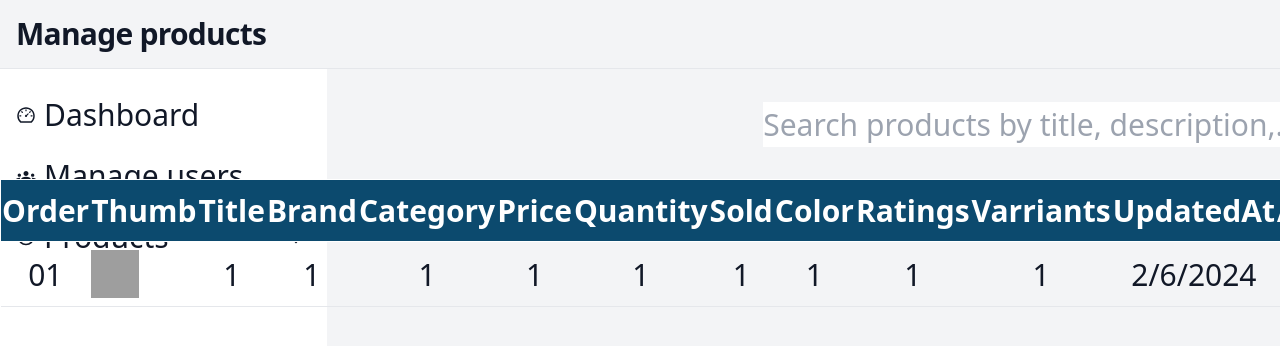
Repository: QuanggDat/Ecommerce_Rookie_NashTech
Page: /admin/manage-products (app in Ecommerce_Rookie_NashTech_AdminFrontend/admin_fe/)
An editor plug-in stored every save of this project. The page is shown before and after the next save, followed by the edit.
The browser window is 1280 px wide. The pictures show the whole page.
Pictures or frames that could not be fetched are drawn as grey boxes. The project was rebuilt for these pictures with package versions that can differ from the ones it lists, and the page was loaded fresh each time. Also part of the build but not shown: Ecommerce_Rookie_NashTech_AdminFrontend/admin_fe/src/pages/admin/Dashboard.js, Ecommerce_Rookie_NashTech_AdminFrontend/admin_fe/src/pages/admin/LoginScreen.js, Ecommerce_Rookie_NashTech_AdminFrontend/admin_fe/src/App.css.

Above is the page before, as saved 2024-06-02 17:30:40.

### Ecommerce_Rookie_NashTech_AdminFrontend/admin_fe/src/index.js
import React from 'react';
import { createRoot } from 'react-dom/client';
import { Provider } from 'react-redux';
import { store } from './app/store';
import App from './App';
import './index.css';
import { BrowserRouter } from 'react-router-dom'

const container = document.getElementById('root');
const root = createRoot(container);

root.render(
  <Provider store={store}>
    <BrowserRouter>
      <App />
    </BrowserRouter>
  </Provider>
);

### Ecommerce_Rookie_NashTech_AdminFrontend/admin_fe/src/App.js
import React from 'react';
import { Route, Routes, Navigate } from "react-router-dom"
import path from "./utils/path"
import {
  AdminLayout,
  Dashboard,
  LoginScreen,
  ManageProduct
} from "./pages/admin"
import './App.css';

function App() {
  return (
    <div className="text-[30px]">
      <Routes>
        <Route path="/" element={<Navigate to={path.LOGIN} />} />
        <Route path={path.LOGIN} element={<LoginScreen />} />
        <Route path={path.ADMIN} element={<AdminLayout />}>
          <Route path={path.DASHBOARD} element={<Dashboard />} />
          <Route path={path.MANAGE_PRODUCTS} element={<ManageProduct />} />
        </Route>
      </Routes>
    </div>
  );
}

export default App;

### Ecommerce_Rookie_NashTech_AdminFrontend/admin_fe/src/index.css
@import url("https://fonts.googleapis.com/css2?family=Poppins:ital,wght@0,100;0,200;0,300;0,400;0,500;0,600;0,700;0,800;1,100;1,200;1,300;1,400;1,500;1,600;1,700;1,800&display=swap");
@import url("https://fonts.googleapis.com/css2?family=Noto+Sans+JP:wght@100;200;300;400;500;600;700;800;900&display=swap");
@tailwind base;
@tailwind components;
@tailwind utilities;

html {
    height: 100%;
    overflow: auto;
  }
  body {
    height: 100%;
  }
  html,
  body {
    overflow-x: hidden;
  }

### Ecommerce_Rookie_NashTech_AdminFrontend/admin_fe/src/utils/path.js
const path = {
    // Admin
    LOGIN: "login",
    ADMIN: "admin",
    DASHBOARD: "dashboard",
    MANAGE_USER: "manage-user",
    MANAGE_PRODUCTS: "manage-products",
    MANAGE_CATEGORIES: "manage-categories",
    CREATE_PRODUCTS: "create-products",
    CREATE_CATEGORY: "create-category",
}

export default path

### Ecommerce_Rookie_NashTech_AdminFrontend/admin_fe/src/pages/admin/index.js
export { default as AdminLayout } from "./AdminLayout"
export { default as Dashboard } from "./Dashboard"
export { default as ManageProduct } from "./ManageProduct"
export { default as LoginScreen } from "./LoginScreen"

### Ecommerce_Rookie_NashTech_AdminFrontend/admin_fe/src/pages/admin/AdminLayout.js
import React from 'react'
import { Outlet, Navigate } from 'react-router-dom'
import { useSelector } from 'react-redux'
import AdminSidebar from '../../components/sidebar/AdminSidebar'

const AdminLayout = () => {
  return (
    <div className='flex w-full bg-gray-100 min-h-screen relative text-gray-900'>
      <div className='w-[327px] top-0 bottom-0 flex-none fixed'>
        <AdminSidebar />
      </div>
      <div className='w-[327px]'></div>
      <div className='flex-auto'>
        <Outlet />
      </div>
    </div>
  )
}

export default AdminLayout

### Ecommerce_Rookie_NashTech_AdminFrontend/admin_fe/src/pages/admin/ManageProduct.js
import React from 'react'
import InputForm from "../../components/inputs/InputForm"
import { useForm } from "react-hook-form"

const ManageProduct = () => {
  const {
    register,
    formState: { errors },
    watch,
  } = useForm()
  return (
    <div className="w-full flex flex-col gap-4 relative">
      <div className="h-[69px] w-full"></div>
      <div className="p-4 border-b w-full bg-gray-100 flex justify-between items-center fixed top-0">
        <h1 className="text-3xl font-bold tracking-tight">Manage products</h1>
      </div>
      <div className="flex justify-end items-center px-4">
        <form className="w-[45%]">
          <InputForm
            id="q"
            register={register}
            errors={errors}
            fullWidth
            placeholder="Search products by title, description,..."
          />
        </form>
      </div>
      <table className="table-auto">
        <thead>
          <tr className="border bg-sky-900 text-white border-white">
            <th className="text-center py-2">Order</th>
            <th className="text-center py-2">Thumb</th>
            <th className="text-center py-2">Title</th>
            <th className="text-center py-2">Brand</th>
            <th className="text-center py-2">Category</th>
            <th className="text-center py-2">Price</th>
            <th className="text-center py-2">Quantity</th>
            <th className="text-center py-2">Sold</th>
            <th className="text-center py-2">Color</th>
            <th className="text-center py-2">Ratings</th>
            <th className="text-center py-2">Varriants</th>
            <th className="text-center py-2">UpdatedAt</th>
            <th className="text-center py-2">Actions</th>
          </tr>
        </thead>
        <tbody>
          <tr className="border-b" >
            <td className="text-center py-2">
              01
            </td>
            <td className="text-center py-2">
              <img
                src='https://th.bing.com/th/id/OIF.IHFaCxQQ54StkxKZ3Iyp0Q?rs=1&pid=ImgDetMain'
                alt="thumb"
                className="w-12 h-12 object-cover"
              />
            </td>
            <td className="text-center py-2">1</td>
            <td className="text-center py-2">1</td>
            <td className="text-center py-2">1</td>
            <td className="text-center py-2">1</td>
            <td className="text-center py-2">1</td>
            <td className="text-center py-2">1</td>
            <td className="text-center py-2">1</td>
            <td className="text-center py-2">1</td>
            <td className="text-center py-2">1</td>
            <td className="text-center py-2">
              2/6/2024
            </td>
          </tr>
        </tbody>
      </table>
    </div>
  )
}

export default ManageProduct

### Ecommerce_Rookie_NashTech_AdminFrontend/admin_fe/src/components/sidebar/AdminSidebar.js
import React, { Fragment, useState } from "react"
import { adminSidebar } from "../../utils/constants"
import { NavLink, Link, useNavigate } from "react-router-dom"
import clsx from "clsx"
import { AiOutlineCaretDown, AiOutlineCaretRight } from "react-icons/ai"
import { RiShareForwardLine } from "react-icons/ri"
import withBaseComponent from "../../hocs/withBaseComponent"

const activedStyle =
    "px-4 py-2 flex items-center gap-2  bg-blue-500 text-gray-100"
const notActivedStyle = "px-4 py-2 flex items-center gap-2  hover:bg-blue-100"

const AdminSidebar = () => {
    const navigate = useNavigate()
    const [actived, setActived] = useState([])
    const handleShowTabs = (tabID) => {
        if (actived.some((el) => el === tabID))
            setActived((prev) => prev.filter((el) => el !== tabID))
        else setActived((prev) => [...prev, tabID])
    }

    return (
        <div className=" bg-white h-full py-4">
            <Link
                to={"/"}
                className="flex flex-col justify-center items-center p-4 gap-2"
            >
                <small>Admin Workspace</small>
            </Link>
            <div>
                {adminSidebar.map((el) => (
                    <Fragment key={el.id}>
                        {el.type === "SINGLE" && (
                            <NavLink
                                to={el.path}
                                className={({ isActive }) =>
                                    clsx(isActive && activedStyle, !isActive && notActivedStyle)
                                }
                            >
                                <span>{el.icon}</span>
                                <span>{el.text}</span>
                            </NavLink>
                        )}
                        {el.type === "PARENT" && (
                            <div
                                onClick={() => handleShowTabs(+el.id)}
                                className="flex flex-col"
                            >
                                <div className="flex items-center justify-between px-4 py-2 hover:bg-blue-100 cursor-pointer">
                                    <div className="flex items-center gap-2">
                                        <span>{el.icon}</span>
                                        <span>{el.text}</span>
                                    </div>
                                    {actived.some((id) => id === el.id) ? (
                                        <AiOutlineCaretRight />
                                    ) : (
                                        <AiOutlineCaretDown />
                                    )}
                                </div>
                                {actived.some((id) => +id === +el.id) && (
                                    <div className="flex flex-col">
                                        {el.submenu.map((item, idx) => (
                                            <NavLink
                                                key={idx}
                                                to={item.path}
                                                onClick={(e) => e.stopPropagation()}
                                                className={({ isActive }) =>
                                                    clsx(
                                                        isActive && activedStyle,
                                                        !isActive && notActivedStyle,
                                                        "pl-16"
                                                    )
                                                }
                                            >
                                                {item.text}
                                            </NavLink>
                                        ))}
                                    </div>
                                )}
                            </div>
                        )}
                    </Fragment>
                ))}
            </div>
        </div>
    )
}

export default withBaseComponent(AdminSidebar)

### Ecommerce_Rookie_NashTech_AdminFrontend/admin_fe/src/components/inputs/InputForm.js
import React, { memo } from 'react'
import clsx from 'clsx'

const InputForm = ({
    label,
    disabled,
    register,
    errors,
    id,
    validate,
    type = 'text',
    placeholder,
    fullWidth,
    defaultValue,
    style,
    readOnly
}) => {
    return (
        <div className={clsx('flex flex-col h-[78px] gap-2', style)}>
            {label && <label className='font-medium' htmlFor={id}>{label + ':'}</label>}
            <input
                type={type}
                id={id}
                {...register(id, validate)}
                disabled={disabled}
                placeholder={placeholder}
                className={clsx('form-input my-auto', fullWidth && 'w-full', style)}
                defaultValue={defaultValue}
                readOnly={readOnly}
            />
            {errors[id] && <small className='text-xs text-red-500'>{errors[id]?.message}</small>}
        </div>
    )
}

export default memo(InputForm)

### Ecommerce_Rookie_NashTech_AdminFrontend/admin_fe/src/utils/constants.js
import path from "./path"
import icons from "./icons"

const { AiOutlineDashboard, MdGroups, TbBrandProducthunt, RiBillLine } = icons
export const adminSidebar = [
    {
      id: 1,
      type: "SINGLE",
      text: "Dashboard",
      path: `/${path.ADMIN}/${path.DASHBOARD}`,
      icon: <AiOutlineDashboard size={20} />,
    },
    {
      id: 2,
      type: "SINGLE",
      text: "Manage users",
      path: `/${path.ADMIN}/${path.MANAGE_USER}`,
      icon: <MdGroups size={20} />,
    },
    {
      id: 3,
      type: "PARENT",
      text: "Products",
      icon: <TbBrandProducthunt size={20} />,
      submenu: [
        {
          text: "Create product",
          path: `/${path.ADMIN}/${path.CREATE_PRODUCTS}`,
        },
        {
          text: "Manage products",
          path: `/${path.ADMIN}/${path.MANAGE_PRODUCTS}`,
        },
      ],
    },
  ]

### Ecommerce_Rookie_NashTech_AdminFrontend/admin_fe/src/hocs/withBaseComponent.js
import React from 'react'
import { useDispatch } from 'react-redux'
import { useLocation, useNavigate } from 'react-router-dom'

const withBaseComponent = (Component) => (props) => {
    const navigate = useNavigate()
    const dispatch = useDispatch()
    const location = useLocation()

    return <Component {...props} navigate={navigate} dispatch={dispatch} location={location} />
}

export default withBaseComponent

### Ecommerce_Rookie_NashTech_AdminFrontend/admin_fe/src/utils/icons.js
import { RiPhoneFill, RiTruckFill, RiBillLine } from 'react-icons/ri'
import { MdEmail, MdGroups } from 'react-icons/md'
import { BsHandbagFill, BsFillSuitHeartFill, BsShieldShaded, BsReplyFill, BsCartPlus } from 'react-icons/bs'
import { FaUserCircle, FaTty } from 'react-icons/fa'
import {
    AiFillHome,
    AiFillStar,
    AiOutlineStar,
    AiFillEye,
    AiOutlineMenu,
    AiOutlineLogout,
    AiFillGift,
    AiOutlineDown,
    AiOutlineDashboard
} from 'react-icons/ai'
import { IoIosArrowForward } from 'react-icons/io'
import { TbBrandProducthunt } from 'react-icons/tb'

const icons = {
    RiPhoneFill,
    MdEmail,
    BsHandbagFill,
    FaUserCircle,
    AiFillHome,
    AiFillStar,
    AiOutlineStar,
    AiFillEye,
    AiOutlineMenu,
    BsFillSuitHeartFill,
    IoIosArrowForward,
    AiOutlineLogout,
    BsShieldShaded,
    RiTruckFill,
    AiFillGift,
    BsReplyFill,
    FaTty,
    AiOutlineDown,
    AiOutlineDashboard,
    MdGroups,
    TbBrandProducthunt,
    RiBillLine,
    BsCartPlus
}

export default icons

Loaded but not shown: Ecommerce_Rookie_NashTech_AdminFrontend/admin_fe/public/index.html (common file); Ecommerce_Rookie_NashTech_AdminFrontend/admin_fe/src/app/store.js (common file); Ecommerce_Rookie_NashTech_AdminFrontend/admin_fe/tailwind.config.js (common file)

After the next save:
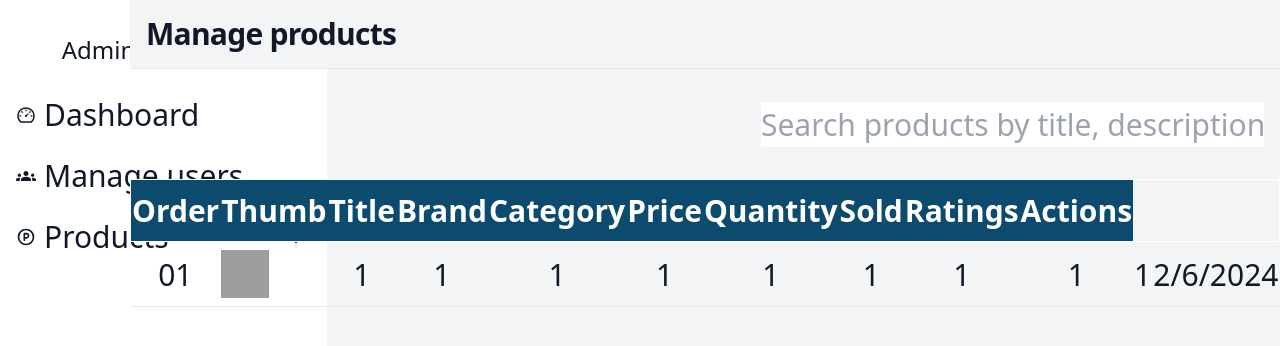
Saved 3 min 0 s later.
--- a/Ecommerce_Rookie_NashTech_AdminFrontend/admin_fe/src/pages/admin/ManageProduct.js
+++ b/Ecommerce_Rookie_NashTech_AdminFrontend/admin_fe/src/pages/admin/ManageProduct.js
@@ -36,10 +36,7 @@ const ManageProduct = () => {
             <th className="text-center py-2">Price</th>
             <th className="text-center py-2">Quantity</th>
             <th className="text-center py-2">Sold</th>
-            <th className="text-center py-2">Color</th>
             <th className="text-center py-2">Ratings</th>
-            <th className="text-center py-2">Varriants</th>
-            <th className="text-center py-2">UpdatedAt</th>
             <th className="text-center py-2">Actions</th>
           </tr>
         </thead>
